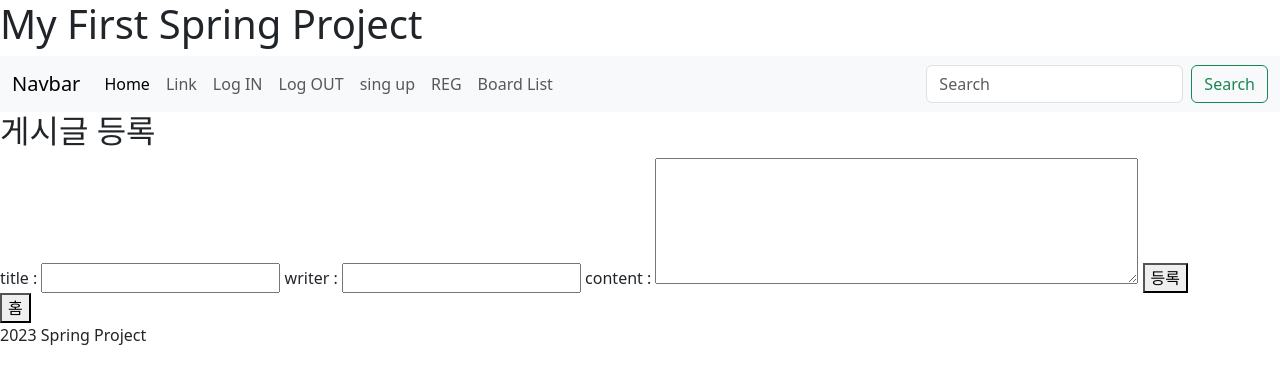
Repository: gatsby5959/_springTest
Page: http://localhost/spring-Test/WEB-INF/views/board/register.jsp
The author's editor kept a copy of each file at every save. The page is drawn from the files as they stood at one save, then again after the next save.
The browser window is 1280 px wide. The pictures show the whole page.
The page is served by Tomcat 9. Nobody is signed in. Other server files are loaded and not shown. The template is opened directly, without the code that normally fills it, so the values that code supplies are empty.

Above is the page before, as saved 2023-10-05 07:29:16.

### spring-Test/src/main/webapp/WEB-INF/views/board/register.jsp
<%@ page language="java" contentType="text/html; charset=UTF-8" pageEncoding="UTF-8" %>
<%@ taglib uri="http://java.sun.com/jsp/jstl/core" prefix="c" %>


<!DOCTYPE html>
<html>
<head>
<meta charset="UTF-8">
<title>Insert title here</title>
</head>
<body>

<jsp:include page="../layout/header.jsp"></jsp:include>
<h2> 게시글 등록 </h2>
<!-- mapping상태는 get / post가 별도의 mapping을 가짐(탐)  다르면 다른 매핑을 탐 -->
<form action="/board/register" method="post">
	title : <input type="text" name="title">
	writer : <input type="text" name="writer">
	content : <textarea rows="5" cols="50" name = "content"></textarea>
	<button type="submit">등록</button>
</form>
<a href="/">
	<button type="button">홈</button>
</a>


<jsp:include page="../layout/footer.jsp"></jsp:include>

</body>
</html>

### spring-Test/src/main/webapp/WEB-INF/views/layout/header.jsp
<%@ page language="java" contentType="text/html; charset=UTF-8"
    pageEncoding="UTF-8"%>
<%@ taglib uri="http://java.sun.com/jsp/jstl/core" prefix="c" %>
<!DOCTYPE html>
<html>
<head>
<meta charset="UTF-8">
<link href="https://cdn.jsdelivr.net/npm/bootstrap@5.3.1/dist/css/bootstrap.min.css" rel="stylesheet" integrity="sha384-4bw+/aepP/YC94hEpVNVgiZdgIC5+VKNBQNGCHeKRQN+PtmoHDEXuppvnDJzQIu9" crossorigin="anonymous">
<script src="https://cdn.jsdelivr.net/npm/bootstrap@5.3.1/dist/js/bootstrap.bundle.min.js" integrity="sha384-HwwvtgBNo3bZJJLYd8oVXjrBZt8cqVSpeBNS5n7C8IVInixGAoxmnlMuBnhbgrkm" crossorigin="anonymous"></script>
<title>Insert title here</title>

</head>
<body>
<h1> My First Spring Project </h1>

<nav class="navbar navbar-expand-lg bg-body-tertiary">
  <div class="container-fluid">
    <a class="navbar-brand" href="#">Navbar</a>
    <button class="navbar-toggler" type="button" data-bs-toggle="collapse" data-bs-target="#navbarSupportedContent" aria-controls="navbarSupportedContent" aria-expanded="false" aria-label="Toggle navigation">
      <span class="navbar-toggler-icon"></span>
    </button>
    <div class="collapse navbar-collapse" id="navbarSupportedContent">
      <ul class="navbar-nav me-auto mb-2 mb-lg-0">
        <li class="nav-item">
          <a class="nav-link active" aria-current="page" href="#">Home</a>
        </li>
        <li class="nav-item">
          <a class="nav-link" href="#">Link</a>
        </li>
<!--         <li class="nav-item dropdown"> -->
<!--           <a class="nav-link dropdown-toggle" href="#" role="button" data-bs-toggle="dropdown" aria-expanded="false"> -->
<!--             Dropdown -->
<!--           </a> -->
<!--           <ul class="dropdown-menu"> -->
<!--             <li><a class="dropdown-item" href="#">Action</a></li> -->
<!--             <li><a class="dropdown-item" href="#">Another action</a></li> -->
<!--             <li><hr class="dropdown-divider"></li> -->
<!--             <li><a class="dropdown-item" href="#">Something else here</a></li> -->
<!--           </ul> -->
<!--         </li> -->
        <li class="nav-item">
          <a class="nav-link" href="#">Log IN</a>
        </li>
        <li class="nav-item">
          <a class="nav-link" href="#">Log OUT</a>
        </li>
        <li class="nav-item">
          <a class="nav-link" href="#">sing up</a>
        </li>
        <li class="nav-item">
          <a class="nav-link" href="/board/register">REG</a> <!-- 컨트롤러board의 register로 가라 -->
        </li>
        <li class="nav-item">
          <a class="nav-link" href="#">Board List</a>
        </li>
      </ul>
      <form class="d-flex" role="search">
        <input class="form-control me-2" type="search" placeholder="Search" aria-label="Search">
        <button class="btn btn-outline-success" type="submit">Search</button>
      </form>
    </div>
  </div>
</nav>

### spring-Test/src/main/webapp/WEB-INF/views/layout/footer.jsp
<%@ page language="java" contentType="text/html; charset=UTF-8"
    pageEncoding="UTF-8"%>

<div>
2023 Spring Project
</div>
</body>
</html>

After the next save:
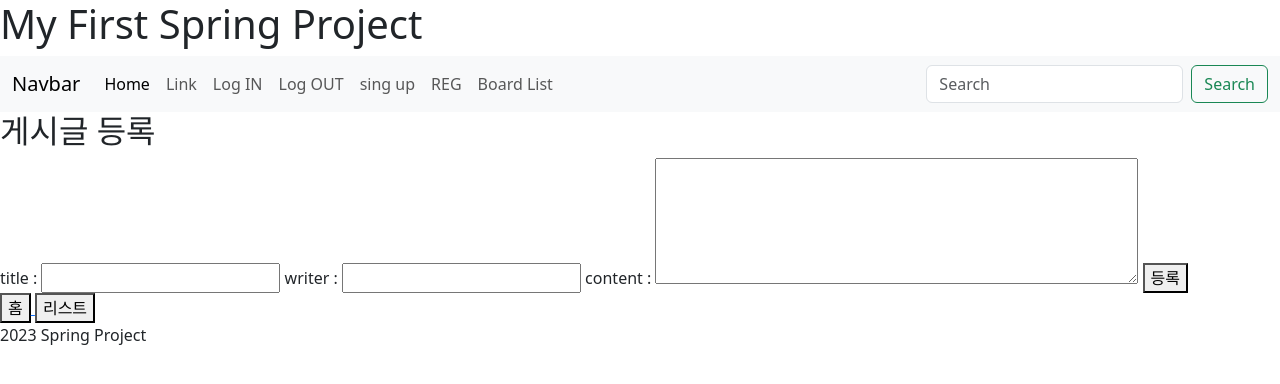
Saved 24 s later.
--- a/spring-Test/src/main/webapp/WEB-INF/views/board/register.jsp
+++ b/spring-Test/src/main/webapp/WEB-INF/views/board/register.jsp
@@ -22,6 +22,9 @@
 <a href="/">
 	<button type="button">홈</button>
 </a>
+<a href="/board/list">
+	<button type="button">리스트</button>
+</a>
 
 
 <jsp:include page="../layout/footer.jsp"></jsp:include>
